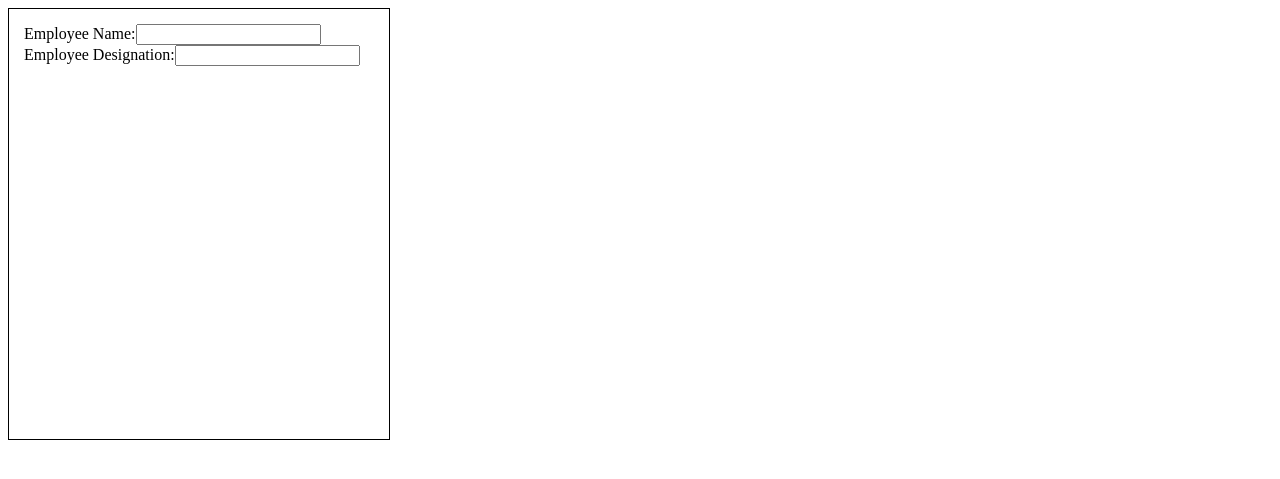
Repository: antonyraja1985/ServletEMS
Page: employee-management-service/src/main/webapp/signup.html
An editor plug-in stored every save of this project. The page is shown before and after the next save, followed by the edit.
The browser window is 1280 px wide. The pictures show the whole page.

Above is the page before, as saved 2024-05-25 06:34:14.

### employee-management-service/src/main/webapp/signup.html
<!DOCTYPE html>
<html>
<head>
<meta charset="UTF-8">
<title>Insert title here</title>
<style>
.formContainer{
border:1px solid black;

width:350px;

height:400px;

padding:15px
}
</style>

</head>
<body>

<div class="formContainer">
<form>

Employee Name:<input type="text" name="">
Employee Designation:<input type="text" name="">

</form>

</div>

</body>
</html>

After the next save:
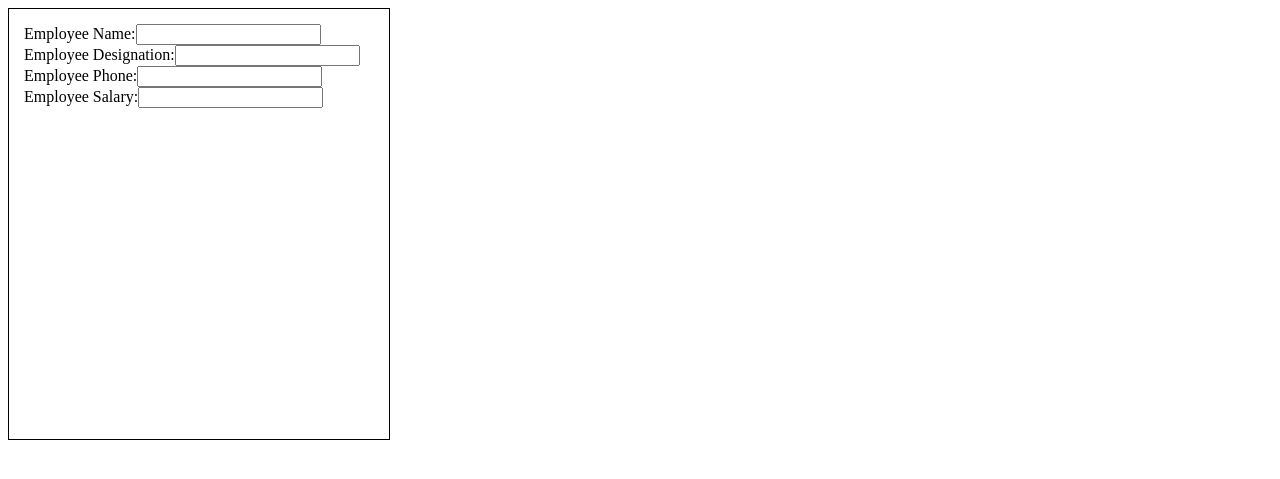
Saved 33 s later.
--- a/employee-management-service/src/main/webapp/signup.html
+++ b/employee-management-service/src/main/webapp/signup.html
@@ -23,7 +23,8 @@ padding:15px
 
 Employee Name:<input type="text" name="">
 Employee Designation:<input type="text" name="">
-
+Employee Phone:<input type="text" name="">
+Employee Salary:<input type="text" name="">
 </form>
 
 </div>
